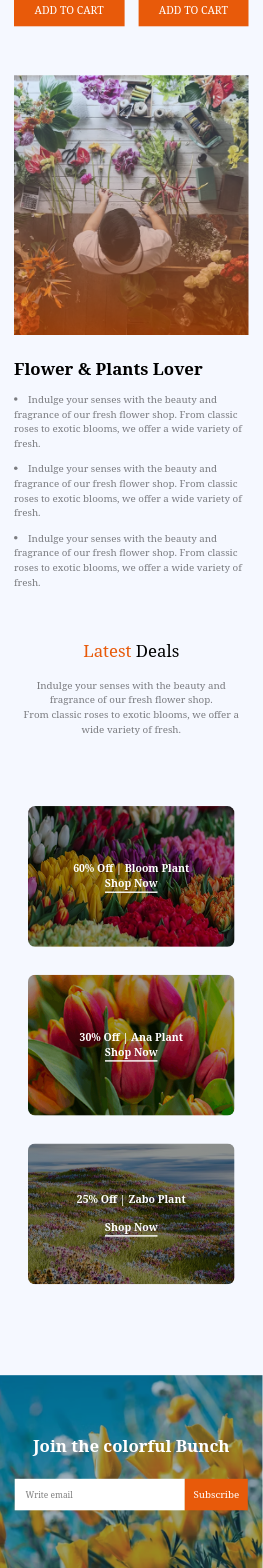
Repository: nahid-hasann/website-7
Page: index.html
The author's editor kept a copy of each file at every save. The page is drawn from the files as they stood at one save, then again after the next save.
The browser window is 375 px wide. The pictures show the part of the page from y = 2232 to 4472 px (the page is 4472 px tall before and 4412 px after), at 70% of full size.
Some web libraries are served in a nearby version.

Above is the page before, as saved 2025-07-24 21:31:53.

After the next save:
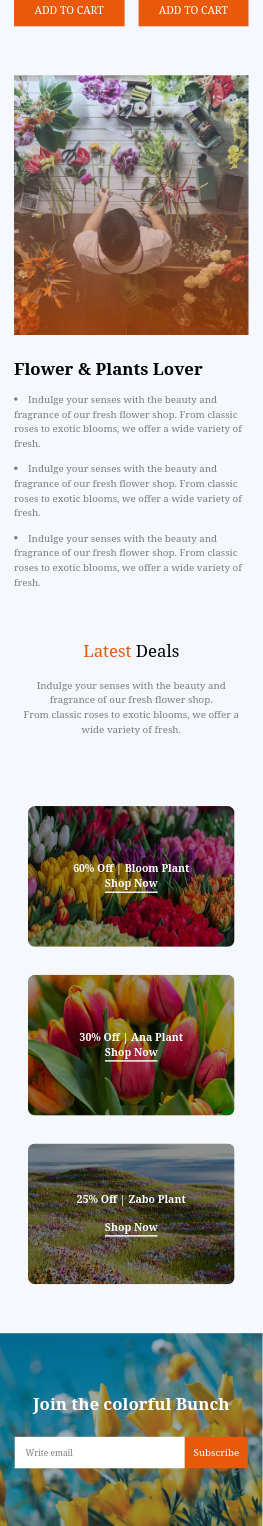
Saved 5 s later.
--- a/style.css
+++ b/style.css
@@ -496,7 +496,7 @@ nav{
 
 .subscribe-section{
     height: 276px;
-    margin-top: ;
+    margin-top: 70px;
 }
 
 .subscribe-section h1{
